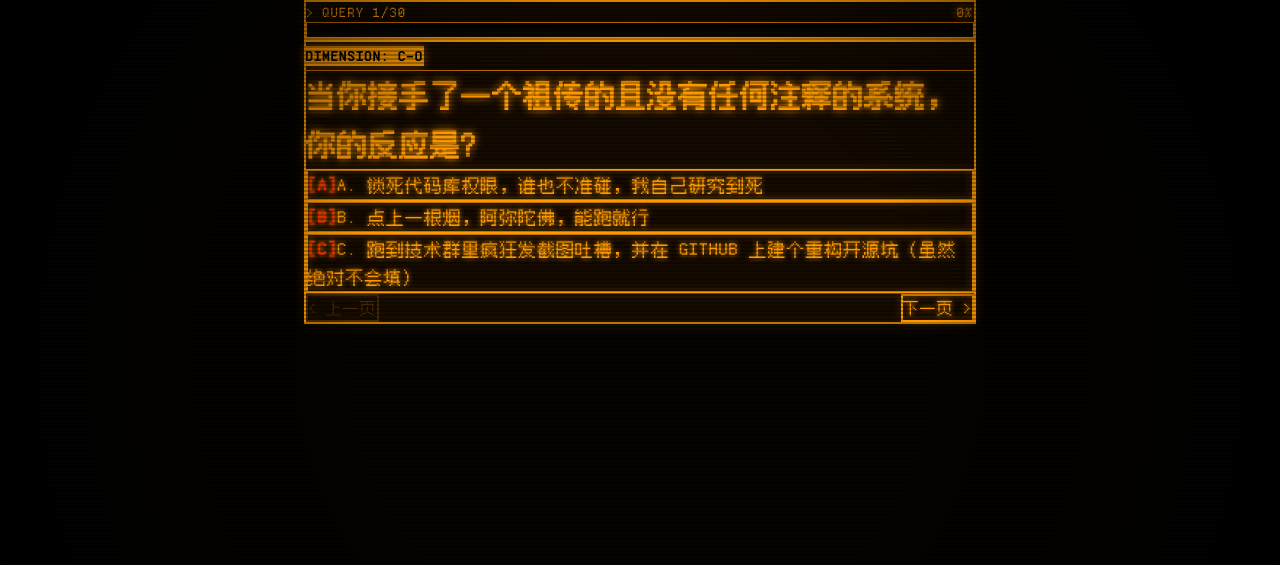
Repository: WUTONK/SBTIProgrammer
Page: /, after clicking the first element matching `button.retro-btn`
These files come from the project's save history. The page is drawn as it stood at one moment and after the next save; the edit follows.
The browser window is 1280 px wide. The pictures show the whole page.
The project was rebuilt for these pictures with package versions that can differ from the ones it lists, and the page was loaded fresh each time. Also part of the build but not shown: vite.config.js, src/components/LoadingScreen.jsx, src/components/ResultCard.jsx, src/components/Result.jsx, src/components/DeveloperMode.jsx.

Above is the page before, as saved 2026-04-13 15:59:06.

### index.html
<!DOCTYPE html>
<html lang="zh-CN">
  <head>
    <meta charset="UTF-8" />
    <link rel="icon" type="image/svg+xml" href="/vite.svg" />
    <meta name="viewport" content="width=device-width, initial-scale=1.0" />
    <title>Programmer SBTI Test - 程序员性格测试</title>
    <meta name="description" content="发现你的程序员人格类型！一个有趣的性格测试，揭示你属于哪种程序员。" />
    <link rel="preconnect" href="https://fonts.googleapis.com">
    <link rel="preconnect" href="https://fonts.gstatic.com" crossorigin>
    <link href="https://fonts.googleapis.com/css2?family=VT323&family=Share+Tech+Mono&display=swap" rel="stylesheet">
  </head>
  <body>
    <div id="root"></div>
    <script type="module" src="/src/main.jsx"></script>
  </body>
</html>

### src/index.css
@import "tailwindcss";

@theme {
  --font-sans: 'Fusion Pixel', 'VT323', 'Share Tech Mono', 'Courier New', monospace;
  --font-mono: 'Fusion Pixel', 'VT323', 'Share Tech Mono', 'Courier New', monospace;
}

@font-face {
  font-family: 'Fusion Pixel';
  src: url('/fonts/fusion-pixel-12px-monospaced-zh_hans.otf.woff2') format('woff2');
  font-weight: normal;
  font-style: normal;
}

:root {
  --color-primary: #ff9900; /* EVA Amber/Orange */
  --color-primary-dark: #cc7a00;
  --color-bg-dark: #050300; /* Very dark warm black */
  --color-bg-card: #140a00; /* Dark amber-tinted black */
  --color-text: #ffb347; /* Lighter amber */
  --color-text-muted: #b36b00; /* Darker amber */
  --color-accent-green: #ff9900; /* Replaced with amber */
  --color-accent-cyan: #ff3300; /* Red alert for contrast */
}

* {
  margin: 0;
  padding: 0;
  box-sizing: border-box;
}

body {
  font-family: 'Fusion Pixel', 'VT323', 'Share Tech Mono', 'Courier New', monospace;
  background-color: var(--color-bg-dark);
  color: var(--color-text);
  min-height: 100vh;
  -webkit-font-smoothing: antialiased;
  -moz-osx-font-smoothing: grayscale;
  text-transform: uppercase;
  letter-spacing: 1px;
}

#root {
  min-height: 100vh;
  display: flex;
  flex-direction: column;
}

/* CRT Scanline Effect */
.crt::before {
  content: " ";
  display: block;
  position: absolute;
  top: 0;
  left: 0;
  bottom: 0;
  right: 0;
  background: linear-gradient(
    to bottom,
    rgba(18, 16, 16, 0) 50%,
    rgba(0, 0, 0, 0.25) 50%
  );
  background-size: 100% 4px;
  z-index: 50;
  pointer-events: none;
}

/* CRT Flicker Effect */
.crt::after {
  content: " ";
  display: block;
  position: absolute;
  top: 0;
  left: 0;
  bottom: 0;
  right: 0;
  background: rgba(18, 16, 16, 0.1);
  opacity: 0;
  z-index: 50;
  pointer-events: none;
  animation: flicker 0.15s infinite;
}

@keyframes flicker {
  0% { opacity: 0.02; }
  50% { opacity: 0.05; }
  100% { opacity: 0.02; }
}

@keyframes blink {
  0%, 100% { opacity: 1; }
  50% { opacity: 0; }
}

@keyframes fadeIn {
  from { opacity: 0; transform: translateY(10px); }
  to { opacity: 1; transform: none; }
}

@keyframes slideUp {
  from { opacity: 0; transform: translateY(30px); }
  to { opacity: 1; transform: none; }
}

@keyframes typing {
  from { width: 0; }
  to { width: 100%; }
}

.animate-blink {
  animation: blink 1s step-end infinite;
}

.animate-fade-in {
  animation: fadeIn 0.5s ease-out;
}

.animate-slide-up {
  animation: slideUp 0.6s ease-out;
}

/* Retro Button Styles */
.retro-btn {
  background-color: transparent;
  border: 2px solid var(--color-primary);
  color: var(--color-primary);
  text-shadow: 0 0 5px var(--color-primary);
  box-shadow: inset 0 0 10px rgba(255, 153, 0, 0.2), 0 0 10px rgba(255, 153, 0, 0.2);
  transition: all 0.2s;
}

.retro-btn:hover {
  background-color: var(--color-primary);
  color: var(--color-bg-dark);
  box-shadow: 0 0 20px var(--color-primary);
}

.retro-btn:disabled {
  border-color: var(--color-text-muted);
  color: var(--color-text-muted);
  box-shadow: none;
  text-shadow: none;
}

/* Retro Card Styles */
.retro-card {
  background-color: var(--color-bg-card);
  border: 2px solid var(--color-primary);
  box-shadow: 0 0 15px rgba(255, 153, 0, 0.1);
  position: relative;
}

.retro-card::before {
  content: '';
  position: absolute;
  top: 0; left: 0; right: 0; bottom: 0;
  box-shadow: inset 0 0 20px rgba(255, 153, 0, 0.05);
  pointer-events: none;
}

/* Glowing Text */
.glow-text {
  text-shadow: 0 0 8px var(--color-primary);
}

.glow-text-cyan {
  color: var(--color-accent-cyan);
  text-shadow: 0 0 8px var(--color-accent-cyan);
}

/* CRT Curve Effect */
.crt-curve {
  perspective: 1000px;
  transform-style: preserve-3d;
}

.crt-curve .crt-content-wrapper {
  transform: rotateX(1.5deg) scale(0.96);
  border-radius: 40px;
  box-shadow: inset 0 0 100px rgba(0,0,0,0.9), 0 0 20px rgba(255, 153, 0, 0.2);
  overflow: hidden;
  transition: all 0.5s ease-out;
  border: 1px solid rgba(255, 153, 0, 0.3);
}

### src/App.jsx
import { useState, useCallback } from 'react'
import Home from './components/Home.jsx'
import Quiz from './components/Quiz.jsx'
import LoadingScreen from './components/LoadingScreen.jsx'
import Result from './components/Result.jsx'
import DeveloperMode from './components/DeveloperMode.jsx'
import { archetypes } from './data/archetypes.js'

const SCREENS = {
  HOME: 'home',
  QUIZ: 'quiz',
  LOADING: 'loading',
  RESULT: 'result',
}

import { calculateResult } from './utils/calculateResult.js'

export default function App() {
  const [currentScreen, setCurrentScreen] = useState(SCREENS.HOME)
  const [userName, setUserName] = useState('')
  const [answers, setAnswers] = useState([])
  const [result, setResult] = useState(null)
  const [quizIndex, setQuizIndex] = useState(0)
  const [skipLoading, setSkipLoading] = useState(false)
  const [useCrtCurve, setUseCrtCurve] = useState(false)

  const handleStart = useCallback((name) => {
    setUserName(name || 'GUEST')
    setAnswers([])
    setResult(null)
    setQuizIndex(0)
    setCurrentScreen(SCREENS.QUIZ)
  }, [])

  const handleCompleteQuiz = useCallback((allAnswers) => {
    setAnswers(allAnswers)
    if (skipLoading) {
      const finalResult = calculateResult(allAnswers)
      setResult(finalResult)
      setCurrentScreen(SCREENS.RESULT)
    } else {
      setCurrentScreen(SCREENS.LOADING)
    }
  }, [skipLoading])

  const handleLoadingComplete = useCallback((finalResult) => {
    setResult(finalResult)
    setCurrentScreen(SCREENS.RESULT)
  }, [])

  const handleRestart = useCallback(() => {
    setAnswers([])
    setResult(null)
    setQuizIndex(0)
    setCurrentScreen(SCREENS.HOME)
  }, [])

  const handleJumpToQuestion = useCallback((index) => {
    setAnswers(answers.slice(0, index))
    setQuizIndex(index)
    setCurrentScreen(SCREENS.QUIZ)
  }, [answers])

  const handlePreviewResult = useCallback((resultType) => {
    setResult({
      typeCode: resultType,
      ...archetypes[resultType],
      subDimensions: {
        CO1: 'H', CO2: 'M', CO3: 'L',
        SI1: 'H', SI2: 'H', SI3: 'M',
        TP1: 'L', TP2: 'M', TP3: 'H',
        PR1: 'H', PR2: 'L', PR3: 'M'
      }
    })
    setCurrentScreen(SCREENS.RESULT)
  }, [])

  const renderScreen = () => {
    switch (currentScreen) {
      case SCREENS.HOME:
        return <Home onStart={handleStart} />
      case SCREENS.QUIZ:
        return (
          <Quiz
            onComplete={handleCompleteQuiz}
            currentIndex={quizIndex}
            setCurrentIndex={setQuizIndex}
            answers={answers}
            setAnswers={setAnswers}
          />
        )
      case SCREENS.LOADING:
        return <LoadingScreen answers={answers} onComplete={handleLoadingComplete} />
      case SCREENS.RESULT:
        return <Result result={result} onRestart={handleRestart} userName={userName} />
      default:
        return <Home onStart={handleStart} />
    }
  }

  return (
    <div className={`crt ${useCrtCurve ? 'crt-curve' : ''} h-[100dvh] w-full bg-[var(--color-bg-dark)] flex flex-col relative overflow-hidden`}>
      {/* Scanline overlay */}
      <div className="absolute inset-0 pointer-events-none z-50 mix-blend-overlay opacity-20 bg-[url('data:[embedded picture, 198 characters]')]"></div>

      {/* Vignette effect */}
      <div className="absolute inset-0 pointer-events-none z-40 bg-[radial-gradient(circle_at_center,transparent_40%,rgba(0,0,0,0.95)_100%)]"></div>

      <div className="crt-content-wrapper relative flex-1 flex flex-col h-full overflow-y-auto">
        {renderScreen()}
      </div>

      <DeveloperMode
        onJumpToQuestion={handleJumpToQuestion}
        onPreviewResult={handlePreviewResult}
        skipLoading={skipLoading}
        setSkipLoading={setSkipLoading}
        useCrtCurve={useCrtCurve}
        setUseCrtCurve={setUseCrtCurve}
      />
    </div>
  )
}

### src/components/Home.jsx
import { useState } from 'react';
import { archetypes } from '../data/archetypes.js';

export default function Home({ onStart }) {
  const [showGallery, setShowGallery] = useState(false);
  const [userName, setUserName] = useState('');

  return (
    <div className="flex-1 flex flex-col items-center justify-center px-4 py-8 relative">
      <div className="max-w-lg w-full text-center animate-fade-in flex flex-col gap-12">

        <div className="retro-card rounded-none p-6 md:p-8 text-left relative">
          <div className="flex border-b border-[var(--color-primary)] pb-2 mb-6">
            <span className="w-3 h-3 bg-[var(--color-primary)] mr-2"></span>
            <span className="w-3 h-3 bg-[var(--color-primary)] mr-2 opacity-50"></span>
            <span className="w-3 h-3 bg-[var(--color-primary)] opacity-20"></span>
            <span className="ml-auto text-xs glow-text">CMD64.EXE</span>
          </div>

          <div className="mb-8" style={{ paddingLeft: '1ch', paddingRight: '1ch' }}>
            <p className="text-[var(--color-primary)] text-sm mb-4">
              C:\&gt; RUN PROGRAMMER_SBTI.EXE
            </p>
            <h1 className="text-4xl md:text-5xl font-bold text-[var(--color-primary)] mb-4 glow-text uppercase tracking-widest leading-tight">
              Programmer<br/>SBTI
            </h1>
            <p className="glow-text-cyan text-xl uppercase tracking-wider">
              [ 程序员性格测试 ]
            </p>
          </div>

          <div className="border-t border-[var(--color-primary)]/30 pt-6">
            <div style={{ paddingLeft: '1ch', paddingRight: '1ch' }}>
              <p className="text-[var(--color-primary)] text-base leading-relaxed">
                &gt; INITIALIZING SYSTEM... <span className="text-[var(--color-accent-cyan)]">OK</span><br/>
                &gt; LOADING PERSONALITY MODULES... <span className="text-[var(--color-accent-cyan)]">OK</span><br/>
                &gt; READY TO ANALYZE PROGRAMMING HABITS.<br/>
                <br/>
                DISCOVER YOUR UNIQUE <span className="glow-text-cyan font-bold">DEVELOPER ARCHETYPE</span> IN 2 MINUTES.
              </p>
            </div>
          </div>
        </div>

        <div className="flex flex-col items-center gap-6 w-full">
          <div className="flex flex-wrap justify-center gap-4 w-full">
            {['SYS.FAST', '16_TYPES', 'SHAREABLE'].map((tag) => (
              <span
                key={tag}
                className="text-[var(--color-primary)] text-sm px-3 py-1 border border-[var(--color-primary)] bg-[var(--color-bg-card)] shadow-[0_0_5px_rgba(255,153,0,0.5)]"
              >
                [{tag}]
              </span>
            ))}
          </div>

          <div className="w-full max-w-xs flex flex-col items-start gap-2 mt-2">
            <label className="text-[var(--color-primary)] text-sm uppercase">
              {'>'} ENTER_NAME (OPTIONAL):
            </label>
            <div className="flex items-center w-full border border-[var(--color-primary)] bg-[var(--color-bg-card)] px-3 py-2 shadow-[inset_0_0_10px_rgba(255,153,0,0.1)] focus-within:shadow-[inset_0_0_15px_rgba(255,153,0,0.3)] transition-shadow">
              <span className="text-[var(--color-primary)] mr-2">{'>'}</span>
              <input
                type="text"
                value={userName}
                onChange={(e) => setUserName(e.target.value)}
                className="bg-transparent border-none outline-none text-[var(--color-primary)] w-full uppercase font-bold placeholder-[var(--color-primary)] placeholder-opacity-30"
                placeholder="GUEST"
                maxLength={16}
                spellCheck="false"
              />
              <span className="animate-blink text-[var(--color-primary)] ml-1">_</span>
            </div>
          </div>

          <button
            onClick={() => onStart(userName)}
            className="retro-btn w-full max-w-xs font-bold py-5 px-8 text-xl uppercase tracking-widest cursor-pointer"
          >
            <span className="">&gt; START_TEST</span>
            <span className="ml-2 animate-blink">_</span>
          </button>

          <button
            onClick={() => setShowGallery(true)}
            className="text-[var(--color-primary)] border border-[var(--color-primary)]/50 hover:bg-[var(--color-primary)]/10 hover:border-[var(--color-primary)] transition-all w-full max-w-xs py-3 px-8 text-sm uppercase tracking-widest cursor-pointer"
          >
            [ 人格图鉴 GALLERY ]
          </button>

          <p className="text-[var(--color-text-muted)] text-xs mt-2">
            V1.0.0 | PURE FRONTEND | NO TRACKING
          </p>
        </div>
      </div>

      {/* Gallery Modal */}
      {showGallery && (
        <div className="fixed inset-0 z-50 bg-[var(--color-bg-dark)]/95 backdrop-blur-sm flex flex-col p-4 md:p-8 overflow-hidden">
          <div className="flex justify-between items-center mb-6 border-b border-[var(--color-primary)] pb-4 max-w-6xl mx-auto w-full">
            <h2 className="text-2xl font-bold text-[var(--color-primary)] glow-text">
              [ 人格图鉴 GALLERY ]
            </h2>
            <button
              onClick={() => setShowGallery(false)}
              className="text-[var(--color-primary)] hover:text-[var(--color-accent-red)] text-xl cursor-pointer font-bold"
            >
              [X] CLOSE
            </button>
          </div>

          <div className="flex-1 overflow-y-auto pr-2 custom-scrollbar max-w-6xl mx-auto w-full">
            <div className="grid grid-cols-2 md:grid-cols-3 lg:grid-cols-4 gap-4 pb-8">
              {Object.entries(archetypes).map(([key, data]) => (
                <div
                  key={key}
                  className="retro-card aspect-square flex flex-col items-center justify-center p-4 text-center hover:scale-105 transition-transform cursor-default group"
                >
                  <div className="text-3xl font-bold text-[var(--color-primary)] mb-2 group-hover:glow-text">
                    {key}
                  </div>
                  <div className="text-[var(--color-accent-cyan)] font-bold mb-1 text-sm md:text-base">
                    {data.name}
                  </div>
                  <div className="text-[var(--color-text-muted)] text-xs md:text-sm line-clamp-2">
                    {data.role}
                  </div>
                </div>
              ))}
            </div>
          </div>
        </div>
      )}
    </div>
  )
}

### src/components/Quiz.jsx
import { useState } from 'react'
import { questions } from '../data/questions.js'

export default function Quiz({ onComplete, currentIndex, setCurrentIndex, answers, setAnswers }) {
  const [isTransitioning, setIsTransitioning] = useState(false)

  const currentQuestion = questions[currentIndex]
  const progressPercentage = Math.round((currentIndex / questions.length) * 100)

  const handleSelect = (option) => {
    if (isTransitioning) return

    const newAnswers = [...answers]
    newAnswers[currentIndex] = option
    setAnswers(newAnswers)

    // Auto advance after selection
    setIsTransitioning(true)
    setTimeout(() => {
      if (currentIndex + 1 < questions.length) {
        setCurrentIndex(currentIndex + 1)
      } else {
        onComplete(newAnswers)
      }
      setIsTransitioning(false)
    }, 300)
  }

  const handlePrev = () => {
    if (isTransitioning || currentIndex === 0) return
    setIsTransitioning(true)
    setTimeout(() => {
      setCurrentIndex(currentIndex - 1)
      setIsTransitioning(false)
    }, 300)
  }

  const handleNext = () => {
    if (isTransitioning) return
    setIsTransitioning(true)
    setTimeout(() => {
      if (currentIndex + 1 < questions.length) {
        setCurrentIndex(currentIndex + 1)
      } else {
        onComplete(answers)
      }
      setIsTransitioning(false)
    }, 300)
  }

  return (
    <div className="flex-1 flex flex-col items-center justify-start pt-[8vh] md:pt-[12vh] px-4 pb-8">
      <div className="max-w-2xl w-full">
        {/* 进度条 */}
        <div className="mb-8 retro-card p-4">
          <div className="flex justify-between text-[var(--color-primary)] mb-2 uppercase tracking-widest text-sm">
            <span>{'>'} QUERY {currentIndex + 1}/{questions.length}</span>
            <span className="glow-text">{progressPercentage}%</span>
          </div>
          <div className="w-full bg-[var(--color-bg-dark)] border border-[var(--color-primary)] h-4 p-[2px]">
            <div
              className="bg-[var(--color-primary)] h-full transition-all duration-500 ease-out shadow-[0_0_10px_rgba(255,153,0,0.8)]"
              style={{ width: `${progressPercentage}%` }}
            />
          </div>
        </div>

        {/* 题目卡片 */}
        <div
          className={`retro-card p-6 md:p-8 mb-6 transition-opacity duration-300 ${isTransitioning ? 'opacity-0' : 'opacity-100'}`}
        >
          {/* 维度标签 */}
          <div className="flex items-center mb-6 border-b border-[var(--color-primary)] pb-2">
            <span className="inline-block text-sm text-[var(--color-bg-dark)] bg-[var(--color-primary)] px-2 py-1 uppercase font-bold tracking-widest shadow-[0_0_10px_rgba(255,153,0,0.5)]">
              DIMENSION: {currentQuestion.dimension}
            </span>
            <span className="ml-auto animate-blink text-[var(--color-primary)] text-xl">_</span>
          </div>

          <h2 className="text-xl md:text-3xl font-bold text-[var(--color-primary)] mb-8 leading-relaxed glow-text uppercase">
            {currentQuestion.text}
          </h2>

          {/* 选项 */}
          <div className="space-y-4">
            {currentQuestion.options.map((option, index) => {
              const isSelected = answers[currentIndex]?.text === option.text;
              return (
                <button
                  key={index}
                  onClick={() => handleSelect(option)}
                  disabled={isTransitioning}
                  className={`w-full text-left retro-btn p-4 transition-all duration-200 cursor-pointer disabled:cursor-not-allowed group uppercase tracking-wider text-base md:text-lg ${
                    isSelected
                      ? 'bg-[var(--color-primary)] text-[var(--color-bg-dark)]'
                      : 'text-[var(--color-primary)]'
                  }`}
                >
                  <span className={`${isSelected ? 'text-[var(--color-bg-dark)]' : 'text-[var(--color-accent-cyan)] group-hover:text-[var(--color-bg-dark)]'} mr-3 font-bold`}>
                    [{String.fromCharCode(65 + index)}]
                  </span>
                  {option.text}
                </button>
              );
            })}
          </div>

          {/* 导航按钮 */}
          <div className="flex justify-between mt-8 pt-6 border-t border-[var(--color-primary)]/30">
            <button
              onClick={handlePrev}
              disabled={isTransitioning || currentIndex === 0}
              className={`retro-btn px-4 py-2 md:px-6 md:py-3 uppercase text-sm md:text-base ${
                currentIndex === 0 ? 'opacity-30 cursor-not-allowed' : 'hover:bg-[var(--color-primary)] hover:text-[var(--color-bg-dark)]'
              }`}
            >
              {'<'} 上一页
            </button>
            <button
              onClick={handleNext}
              disabled={isTransitioning}
              className={`retro-btn px-4 py-2 md:px-6 md:py-3 uppercase text-sm md:text-base hover:bg-[var(--color-primary)] hover:text-[var(--color-bg-dark)] transition-colors`}
            >
              {currentIndex + 1 === questions.length ? '完成' : '下一页'} {'>'}
            </button>
          </div>
        </div>
      </div>
    </div>
  )
}

### src/utils/calculateResult.js
import { archetypes } from '../data/archetypes.js'
import { questions } from '../data/questions.js'

export function calculateResult(answers) {
  const rawScores = Array.from({ length: 30 }, (_, i) => answers[i] ? answers[i].score : 0)

  const sum = (arr, start, end) => arr.slice(start, end).reduce((a, b) => a + b, 0)

  const scoreCO = sum(rawScores, 0, 8)   // C-O: > 0 → O，否则 C
  const scoreSI = sum(rawScores, 8, 16)  // S-I: > 0 → I，否则 S
  const scoreTP = sum(rawScores, 16, 23) // T-P: > 0 → P(实践)，否则 T
  const scorePR = sum(rawScores, 23, 30) // P-R: > 0 → R，否则 P(完美)

  const dim1 = scoreCO > 0 ? 'O' : 'C'
  const dim2 = scoreSI > 0 ? 'I' : 'S'
  const dim3 = scoreTP > 0 ? 'P' : 'T'
  const dim4 = scorePR > 0 ? 'R' : 'P'

  const typeCode = dim1 + dim2 + dim3 + dim4

  const dimensionScores = [
    {
      name: 'C-O',
      leftLabel: `封闭 C`,
      rightLabel: `O 开源`,
      percentage: Math.round(((-scoreCO + 8) / 16) * 100),
    },
    {
      name: 'S-I',
      leftLabel: `保守 S`,
      rightLabel: `I 创新`,
      percentage: Math.round(((-scoreSI + 8) / 16) * 100),
    },
    {
      name: 'T-P',
      leftLabel: `理论 T`,
      rightLabel: `P 实践`,
      percentage: Math.round(((-scoreTP + 7) / 14) * 100),
    },
    {
      name: 'P-R',
      leftLabel: `完美 P`,
      rightLabel: `R 实用`,
      percentage: Math.round(((-scorePR + 7) / 14) * 100),
    },
  ]

  // Calculate sub-dimension scores
  const subDimensionScores = {
    CO1: { sum: 0, count: 0 }, CO2: { sum: 0, count: 0 }, CO3: { sum: 0, count: 0 },
    SI1: { sum: 0, count: 0 }, SI2: { sum: 0, count: 0 }, SI3: { sum: 0, count: 0 },
    TP1: { sum: 0, count: 0 }, TP2: { sum: 0, count: 0 }, TP3: { sum: 0, count: 0 },
    PR1: { sum: 0, count: 0 }, PR2: { sum: 0, count: 0 }, PR3: { sum: 0, count: 0 },
  }

  answers.forEach((answer, index) => {
    if (!answer) return;
    const q = questions[index]
    if (q && q.subDimension) {
      subDimensionScores[q.subDimension].sum += answer.score
      subDimensionScores[q.subDimension].count += 1
    }
  })

  const getLevel = (sum, count) => {
    if (count === 0) return 'M' // 如果没有答相关题目（例如跳过），默认判定为中立
    const avg = sum / count
    if (avg > 0.3) return 'H'
    if (avg < -0.3) return 'L'
    return 'M'
  }

  const subDimensions = {}
  for (const [key, data] of Object.entries(subDimensionScores)) {
    subDimensions[key] = getLevel(data.sum, data.count)
  }

  const typeInfo = archetypes[typeCode] || {
    role: '未知原型',
    name: '神秘程序员',
    description: '你是一个独特的存在，无法被简单分类。',
    tags: ['独一无二', '未知类型'],
  }

  return {
    typeCode,
    role: typeInfo.role,
    typeName: typeInfo.name,
    description: typeInfo.description,
    tags: typeInfo.tags,
    dimensionScores,
    subDimensions,
    rawScores: { scoreCO, scoreSI, scoreTP, scorePR },
  }
}

Loaded but not shown: src/main.jsx (common file); src/data/questions.js (339 lines, source omitted); src/data/archetypes.js (98 lines, source omitted)

After the next save:
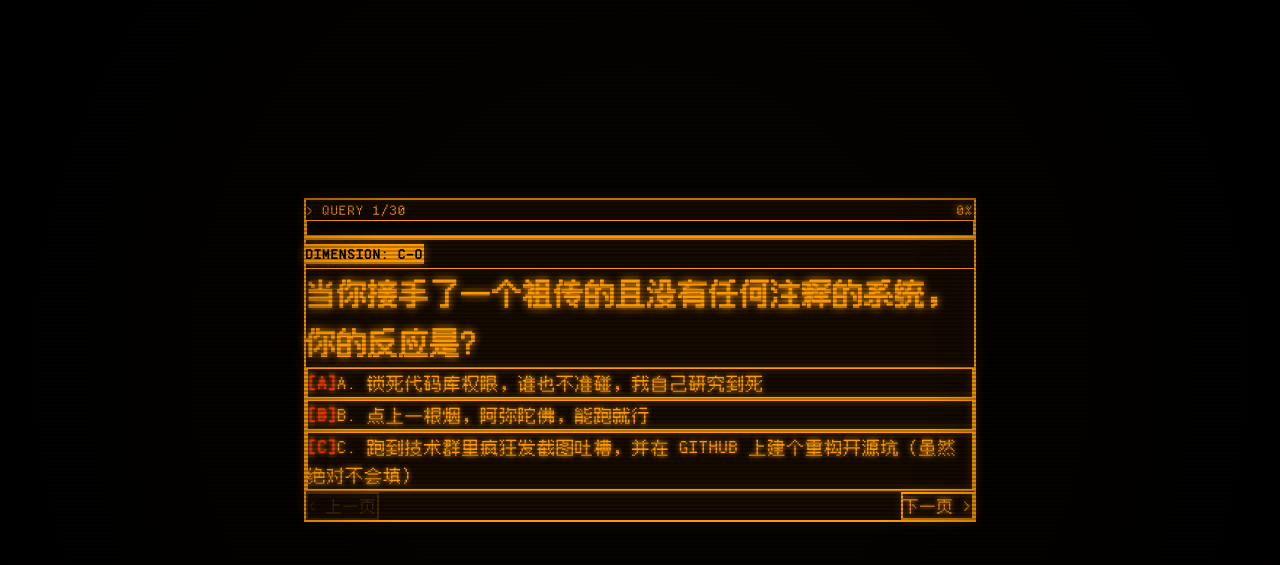
Saved 44 min 52 s later.
--- a/src/components/Quiz.jsx
+++ b/src/components/Quiz.jsx
@@ -49,7 +49,7 @@ export default function Quiz({ onComplete, currentIndex, setCurrentIndex, answer
   }
 
   return (
-    <div className="flex-1 flex flex-col items-center justify-start pt-[8vh] md:pt-[12vh] px-4 pb-8">
+    <div className="flex-1 flex flex-col items-center justify-center px-4 py-8">
       <div className="max-w-2xl w-full">
         {/* 进度条 */}
         <div className="mb-8 retro-card p-4">
